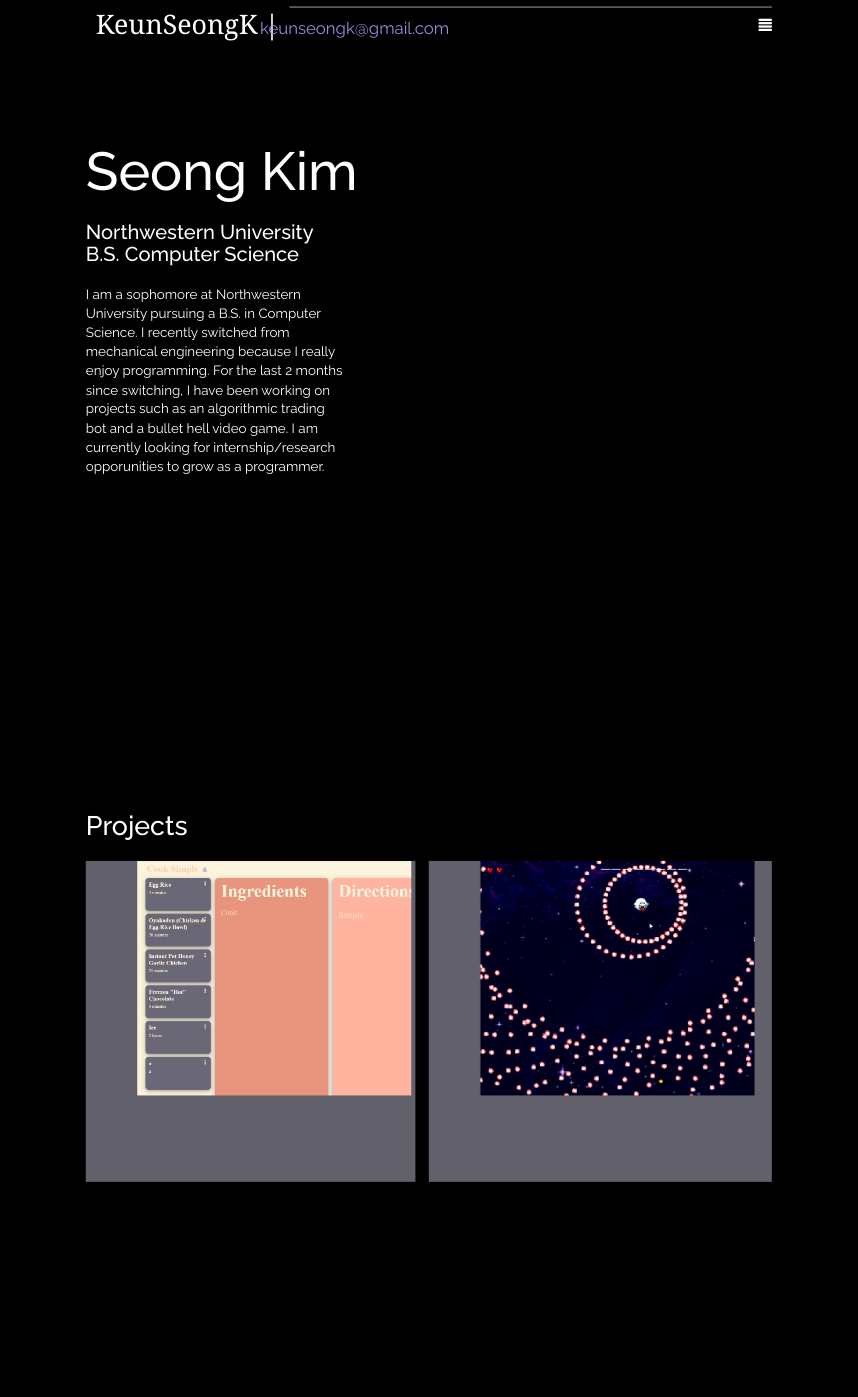
Repository: oqueuo/personal-site
Page: index.html
The author's editor kept a copy of each file at every save. The page is drawn from the files as they stood at one save, then again after the next save.
The browser window is 1280 px wide. The pictures show the whole page, at 67% of full size.

Above is the page before, as saved 2020-09-21 18:15:13.

### index.html
<!-- Accountability, Balance, Trustworthiness -->
<!DOCTYPE html>
<html lang="en">
  <head>
    <title>Seong Kim</title>
    <meta charset="UTF-8">
    <meta name="viewport" content="width=device-width, initial-scale=1.0">

    <script src="https://ajax.googleapis.com/ajax/libs/jquery/3.5.1/jquery.min.js"></script>
    <script src="https://maxcdn.bootstrapcdn.com/bootstrap/3.4.1/js/bootstrap.min.js"></script>
    <link rel="stylesheet" href="https://maxcdn.bootstrapcdn.com/bootstrap/3.4.1/css/bootstrap.min.css">
    <link rel="stylesheet" href="styles.css">
    <script src="scripts.js"></script>
  </head>

  <body>
    <main>
      <header>
        <h1 id="navbar-brand"><a href="index.html" class="navbar-brand">KeunSeongK |</a></h1>
        <a id="email" href = "mailto: abc@example.com">keunseongk@gmail.com</a>
        <ul>
          <li><span id="pulldown-btn" class="glyphicon glyphicon-align-justify"></span>
            <ul id="nav-pulldown">
              <li class="navbar-item"><a class="nav-link" href=#about></a></li>
              <li class="navbar-item" style="padding-right:100px;"><a class="nav-link" href="resume.html">Resume</a></li>
              <li class="navbar-item"><a class="nav-link" href="https://github.com/oqueuo">GitHub</a></li>
              <li class="navbar-item"><a class="nav-link" href="https://www.linkedin.com/in/seong-kim-a0a989160/">LinkedIn</a></li>
            </ul>
          </li>
        </ul>

      </header>
      <section id="horizontal-line"></section>
        <hr>
      </section>
      <!-- About me -->
      <section id="about">

        <div id="about-text">
          <h1>Seong Kim</h1>
          <h2>Northwestern University<br>B.S. Computer Science</h2>
          <p>I am a sophomore at Northwestern University pursuing
            a B.S. in Computer Science. I recently switched from mechanical engineering
            because I really enjoy programming. For the last 2 months since switching,
            I have been working on projects such as an algorithmic trading bot and a
            bullet hell video game. I am currently looking for internship/research
            opporunities to grow as a programmer.
          </p>
        </div>
      </section>

      <h1 id="projects-header">Projects</h1>

      <!-- Projects: Filled in with JS template -->
      <section id="projects">
      </section>

    </main>
  </body>
  <script>
    render_projects(projects, "#projects");
  </script>
</html>

### styles.css
@import url('https://fonts.googleapis.com/css2?family=Raleway:ital,wght@0,100;0,200;0,300;0,400;0,500;0,600;0,700;0,800;0,900;1,100;1,200;1,300;1,400;1,500;1,600;1,700;1,800;1,900&display=swap');
/* Global styles
------------------------------------*/
* {
    /* Remove Chrome default margins */
    margin: 0 !important;
    font-family: 'Raleway', sans-serif;
}
body {
    background: black;
    display: flex;
    justify-content: center;
}
main {
    position: relative;
    width: 80vw;
    display: block;
    /* background: saddlebrown; */
    margin-left: auto;
    margin-right: auto;
}


/* NAVBAR */
header {
    color: white;
    padding-top: 10px;
    position: relative;
    width: inherit;
}
header>a {
    position: absolute;
    font-size: 25px;
    left: 260px;
    top: 25px;
}
header ul {
    position: absolute;
    top: 25px;
    right: 0px;
}
#navbar-brand {

}
.navbar-brand {
    text-decoration: none;
    font-size: 40px !important;
    color: white;
    font-family: Cambria, Cochin, Georgia, Times, 'Times New Roman', serif !important;
}

.navbar-item {
    display: inline;
    font-size: 25px;
    padding-right: 15px;
}
ul a, #email, .more-info-on-github {
    text-decoration: none;
    color: rgb(153, 140, 218);
}

ul a:hover, #email:hover, .more-info-on-github:hover {
    opacity: 0.8;
}
ul a:active, #email:active, .more-info-on-github:active {
    opacity: 0.7;
}
#horizontal-line {
    width: 100vw;
    left: 0;
}


/* ABOUT */
#about {
    color: white;
    margin-top: 200px !important;
    /* background: royalblue; */
}
#about-text h1 {
    font-family: 'Raleway', sans-serif;
    font-size: 80px;
}
#about-text h2 {
    margin-top: 30px !important;
}
#about p {
    margin-top: 30px !important;
    max-width: 30vw;
    font-size: 20px;
}


/* Projects */

#projects-header {
    font-size: 40px;
    color: white;
    margin-top: 500px !important;
    margin-bottom: 30px !important;
}
#projects {
    display: flex;
    flex-wrap: wrap;
    padding: 0;
    width: 100%;
    margin-bottom: 300px !important;
}
.project-card-container {
    box-sizing: border-box;
    width: 50%;
    height: 500px;
    padding-right: 2%;
    padding-bottom: 2%;
    position: relative;
}
.project-card-container:nth-child(2n) {
    padding-right: 0;
}
.project-card-gray {
    background-color: rgb(97, 96, 107);
    height: 100%;
    width: 100%;
}
.project-card-content {
    width: 80%;
    height: 70%;
    position: absolute;
    background-size: cover;
    margin-left: 15% !important;
    transition: .5s ease;
    backface-visibility: hidden;
}

.project-overlay {
    transition: .5s ease;
    opacity: 0;
    position: absolute;
    top: 50%;
    left: 50%;
    transform: translate(-50%, -50%);
    -ms-transform: translate(-50%, -50%);
}
.project-card-container:hover .project-card-content {
    opacity: 0.2;
}

.project-card-container:hover .project-overlay {
    opacity: 1;
}


/* Resume */
.resume {
    margin-top: 200px !important;
    background-image: url(backgrounds/resume330.png);
    height: 1000px;
    width: 63%;
}

.three-vertical-dots {
    color: white;
}

@media (max-width: 1300px) {
    /* Recipe pulldown */
    header ul {
        list-style: none;
        z-index: 5;
    }
    span.three-vertical-dots {
        /* Put the three dots on top right corner of recipe card */
        position: absolute;
        top: 10px;
        right: 10px;
    }
    .three-vertical-dots li:active {
        color: rgb(255, 239, 218);
    }
    #pulldown-btn {
        cursor: pointer;
        font-size: 20px;
    }
    ul #nav-pulldown {
        display: none;
        background-color: rgb(253, 244, 222);
        border: 1px solid #333;
        border-radius: 4px;
        width: 90px;
        padding: 5px;
        position: absolute;
        top: 30px;
        right: 10px;
        text-align: end;
    }
    ul #nav-pulldown li {
        color: #333;
        display: block;
        block-size: auto;
    }
    header>ul>li:hover #nav-pulldown {
        display: block;
    }
    ul #nav-pulldown a {
        color: rgb(76, 74, 83);
        font-size: 15px;
    }
}

### scripts.js
var projects = [
    {
        title: "Cook Simple",
        description: "A minimalist recipe storage app for computers and mobile devices.",
        cover: "backgrounds/cook-simple.png"
    },
    {
        title: "Boollet Hell",
        description: "A Bullet Hell shooter game. Inspired by popular bullet hell shooters from Japan",
        cover: "backgrounds/boollet-hell.png"
    }
]
let more_info_on_my_github = "More info on <a class='more-info-on-github' href='https://github.com/oqueuo'>GitHub</a>"


function render_projects(projects, projects_id) {
    let project_case = document.querySelector(projects_id);
    if (project_case) {
        if (projects instanceof Array) {
            for (let project of projects) {
                let template = `
                <div class="project-card-content" style="background-image: url(${project.cover});"></div>
                <div class="project-overlay">
                    <p>${project.description}<br><br></p>
                    ${more_info_on_my_github}
                </div>`;

                let project_card_container = document.createElement("div");
                project_card_container.className = "project-card-container";
                project_card_container.innerHTML = `
                <div class="project-card-gray">
                    ${template}
                </div>
                `
                project_case.append(project_card_container);
            }
        }
    }
}

const show_project_info = (el) => {

}

After the next save:
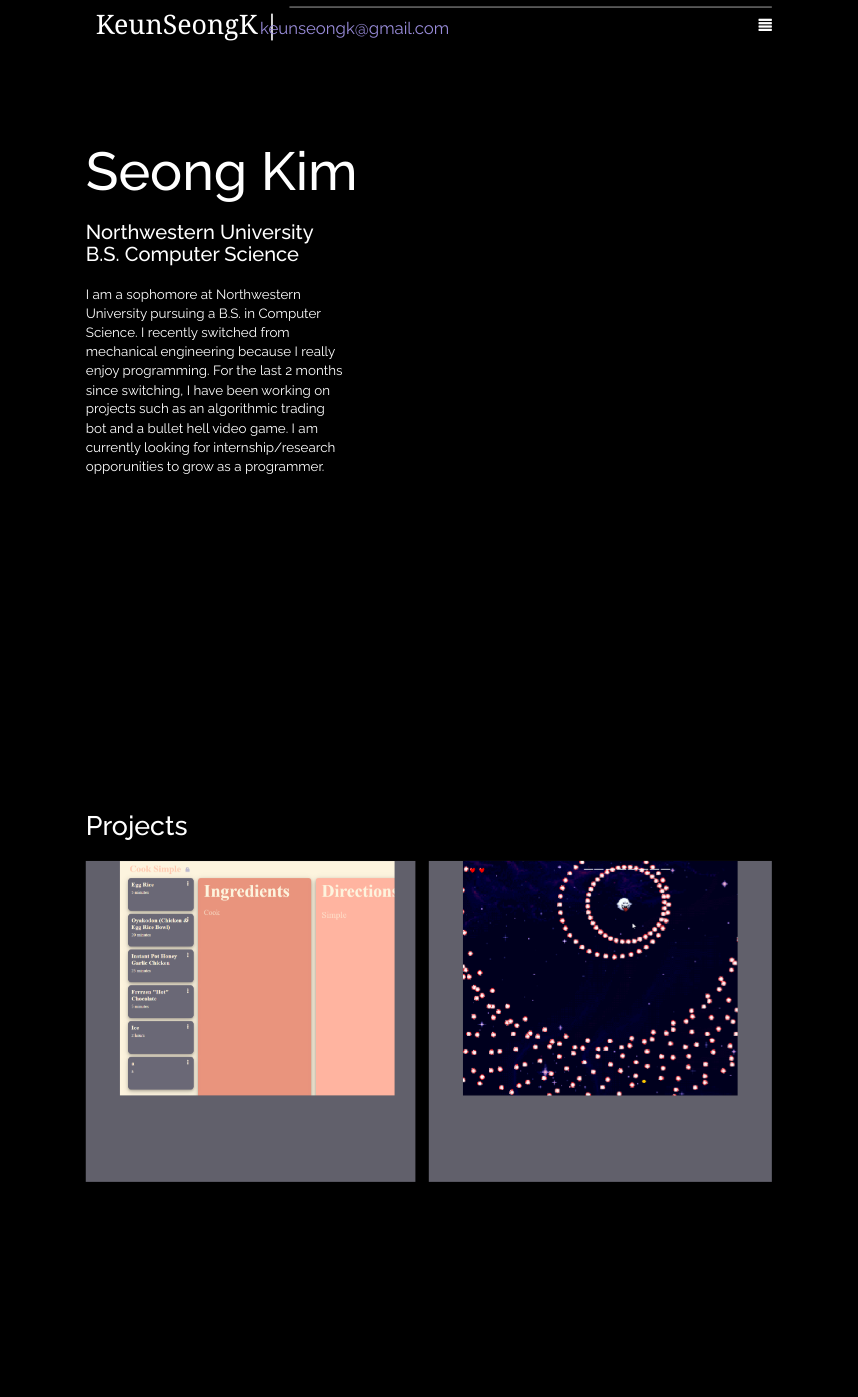
Saved 22 s later.
--- a/styles.css
+++ b/styles.css
@@ -127,7 +127,7 @@ ul a:active, #email:active, .more-info-on-github:active {
     height: 70%;
     position: absolute;
     background-size: cover;
-    margin-left: 15% !important;
+    margin-left: 10% !important;
     transition: .5s ease;
     backface-visibility: hidden;
 }
